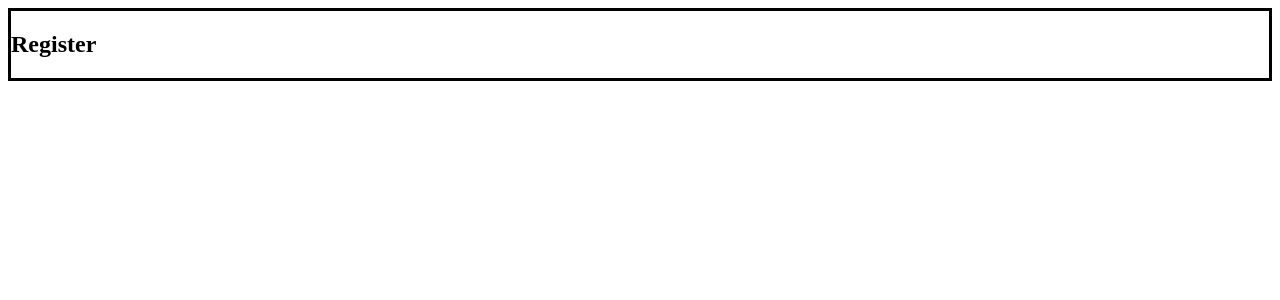
Repository: Adel-Shurrab/CRUD-System
Page: http://localhost/
An editor plug-in stored every save of this project. The page is shown before and after the next save, followed by the edit.
The browser window is 1280 px wide. The pictures show the whole page.
The page is served by the project's Laravel application, run on PHP 8.4 with Laravel 12. Other server files are loaded and not shown.

Above is the page before, as saved 2025-05-14 11:17:15.

### routes/web.php
<?php

use Illuminate\Support\Facades\Route;

Route::get('/', function () {
    return view('home');
})->name('home');

### resources/views/home.blade.php
<!DOCTYPE html>
<html lang="en">
<head>
    <meta charset="UTF-8">
    <meta name="viewport" content="width=device-width, initial-scale=1.0">
    <meta http-equiv="X-UA-Compatible" content="ie=edge">
    <title>Testing</title>
</head>
<body>
    <div style="border: 3px solid black;">
        <h2>Register</h2>
        <form action="{{ route('home') }}" method=""
    </div>
</body>
</html>

After the next save:
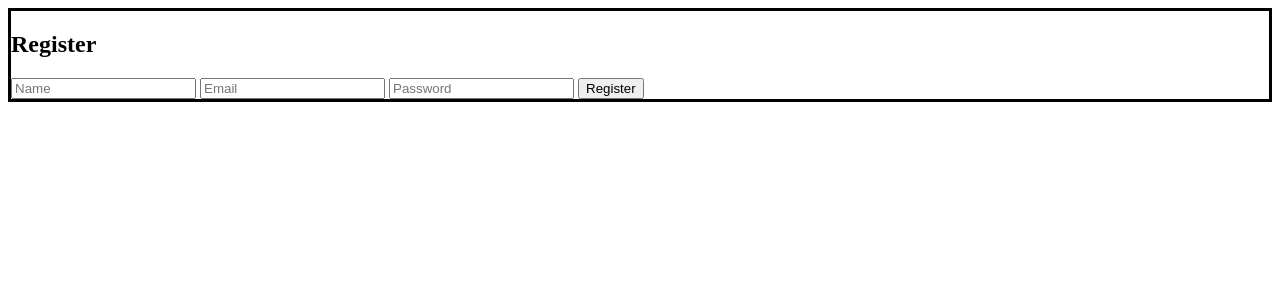
Saved 1 s later.
--- a/resources/views/home.blade.php
+++ b/resources/views/home.blade.php
@@ -9,7 +9,12 @@
 <body>
     <div style="border: 3px solid black;">
         <h2>Register</h2>
-        <form action="{{ route('home') }}" method=""
+        <form action="{{ route('home') }}" method="POST">
+            @csrf
+            <input type="text" name="name" placeholder="Name" required>
+            <input type="email" name="email" placeholder="Email" required>
+            <input type="password" name="password" placeholder="Password" required>
+            <button type="submit">Register</button>
     </div>
 </body>
 </html>
